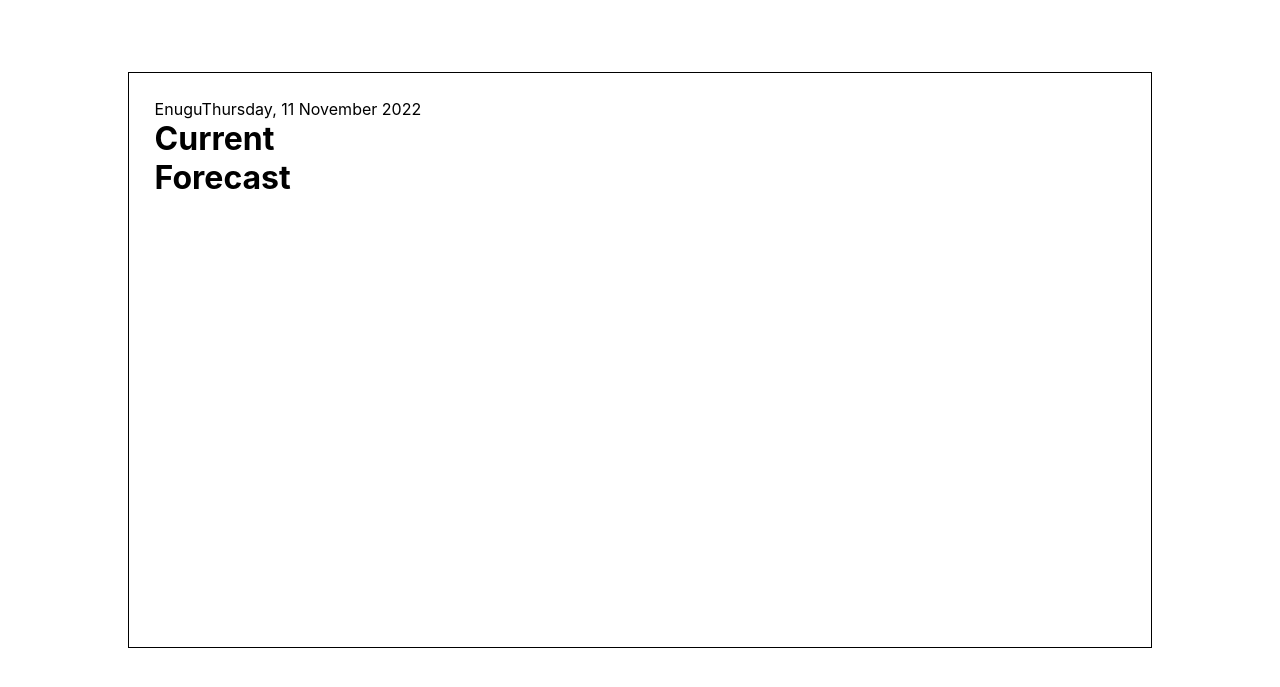
Repository: debthebuilder/bloom
Page: /
An editor plug-in stored every save of this project. The page is shown before and after the next save, followed by the edit.
The browser window is 1280 px wide. The pictures show the whole page.
The project was rebuilt for these pictures with package versions that can differ from the ones it lists, and the page was loaded fresh each time. Also part of the build but not shown: src/components/Splash.js.

Above is the page before, as saved 2022-11-10 23:40:28.

After the next save:
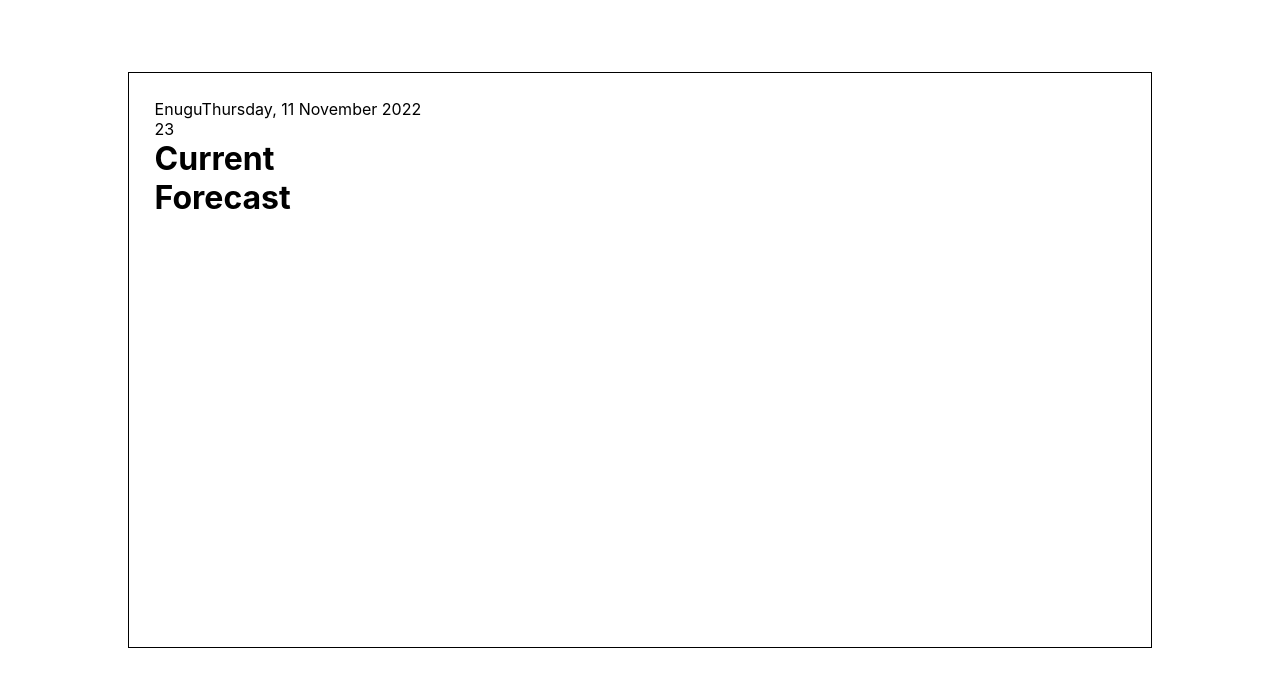
Saved 10 s later.
--- a/src/components/Current.js
+++ b/src/components/Current.js
@@ -6,7 +6,7 @@
                 <span className="date">Thursday, 11 November 2022</span>
             </div>
             <div className="conditions">
-                <div></div>
+                <div>23</div>
             </div>
             <h1>Current</h1>
         </div>

After the save that followed:
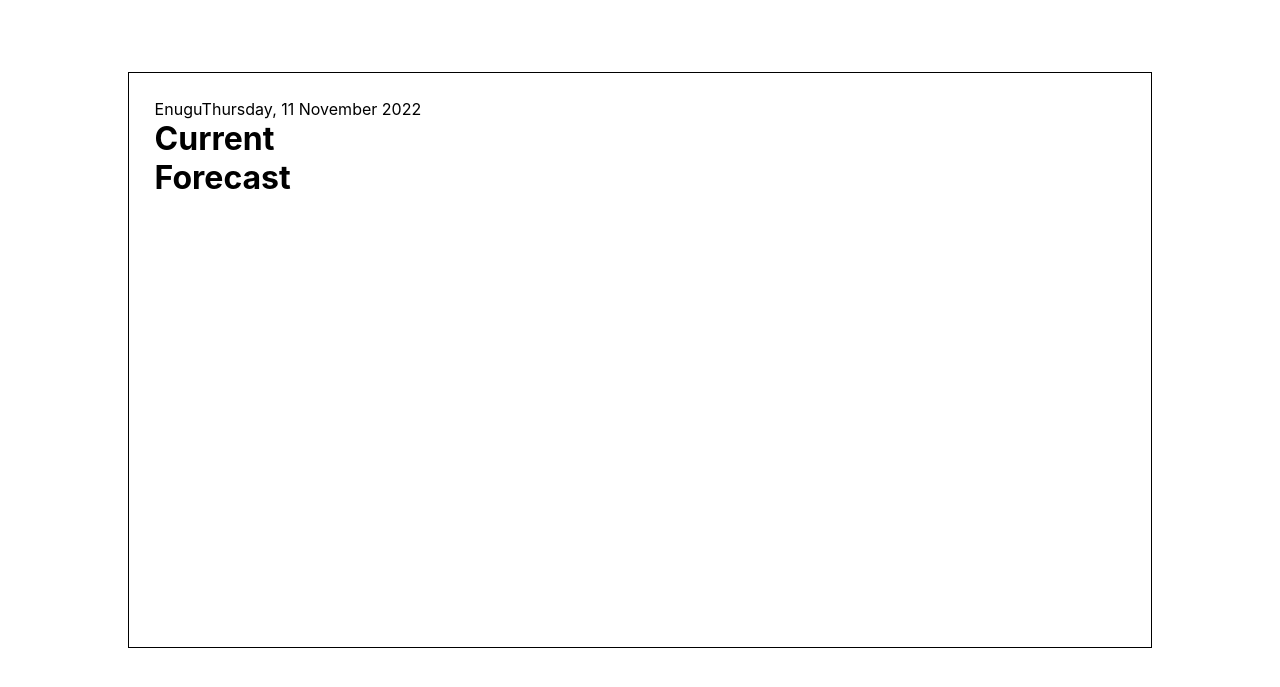
Saved 24 s later.
--- a/src/components/Current.js
+++ b/src/components/Current.js
@@ -6,7 +6,9 @@
                 <span className="date">Thursday, 11 November 2022</span>
             </div>
             <div className="conditions">
-                <div>23</div>
+                <div>
+
+                </div>
             </div>
             <h1>Current</h1>
         </div>
